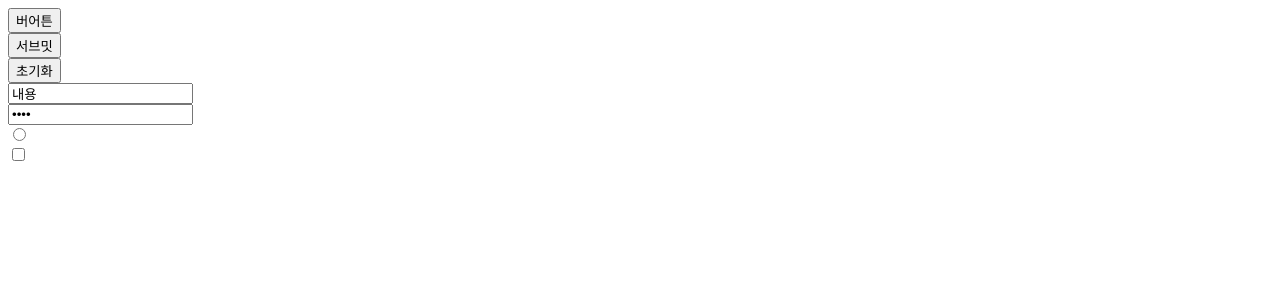
Repository: jwlee0714/HTML
Page: html/day02.html
An editor plug-in stored every save of this project. The page is shown before and after the next save, followed by the edit.
The browser window is 1280 px wide. The pictures show the whole page.

Above is the page before, as saved 2021-10-05 06:55:19.

### html/day02.html
<!DOCTYPE html>
<html>
<head>
<meta charset="UTF-8">
<title>Insert title here</title>
</head>
<body>
	<input type="button" value="버어튼"><br>
	<input type="submit" value="서브밋"><br>
	<input type="reset" value="초기화"><br>
	<input type="text" value ="내용"><br>
	<input type="password" value="비밀번호"><br>
	<input type="radio"><br>
	<input type="checkbox"><br>


</body>
</html>

After the next save:
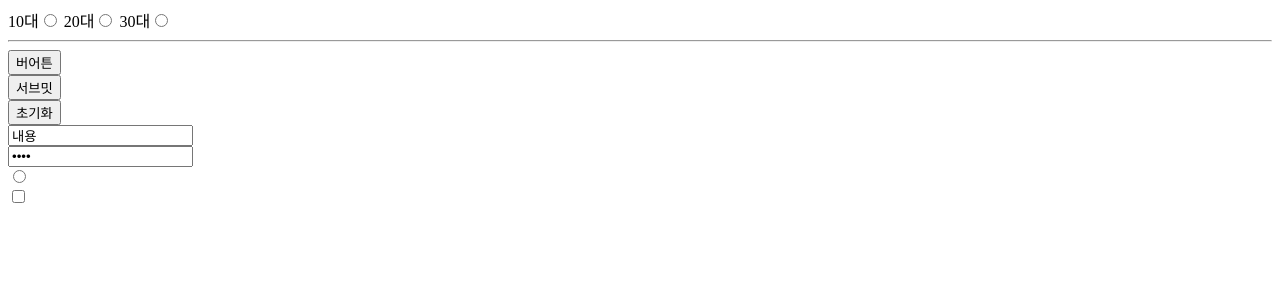
Saved 95 s later.
--- a/html/day02.html
+++ b/html/day02.html
@@ -5,6 +5,11 @@
 <title>Insert title here</title>
 </head>
 <body>
+10대<input type="radio">
+20대<input type="radio">
+30대<input type="radio">
+
+<hr>
 	<input type="button" value="버어튼"><br>
 	<input type="submit" value="서브밋"><br>
 	<input type="reset" value="초기화"><br>
